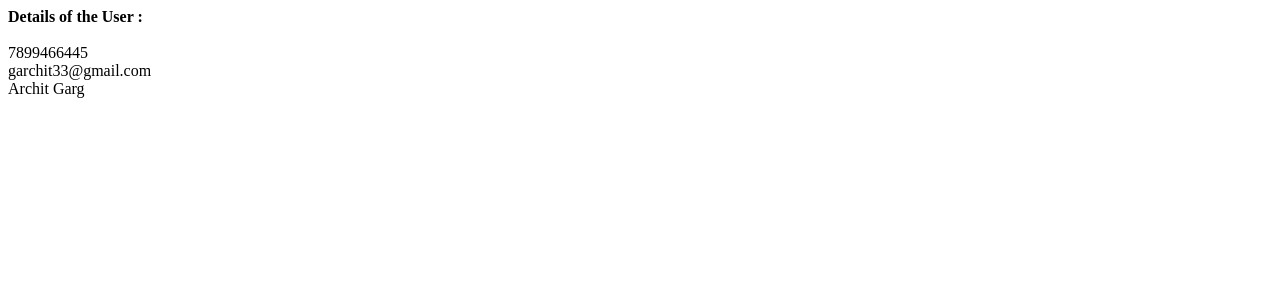
Repository: garchit33/Workpace
Page: http://localhost/ServletPage/TestContext
An editor plug-in stored every save of this project. The page is shown before and after a run of saves, followed by the edit.
The browser window is 1280 px wide. The pictures show the whole page.
The page is served by Tomcat 9.

Above is the page before, as saved 2019-09-04 10:49:29.

After the next 2 saves:
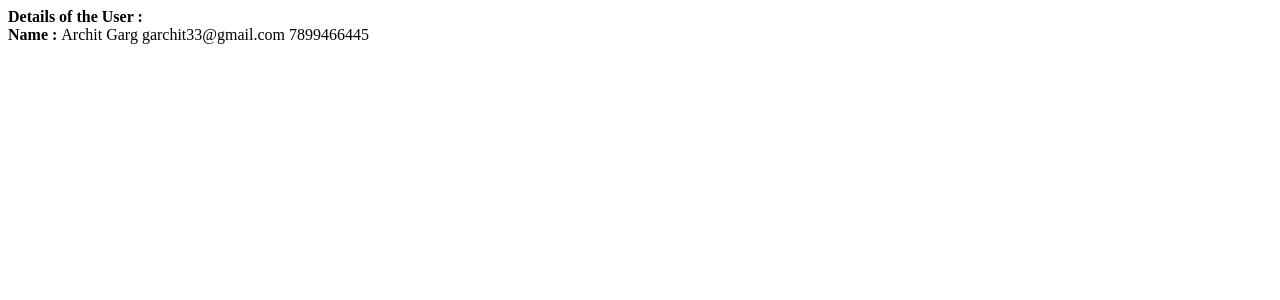
The 2 saves are shown as one change because 1 did not build or start.
The last was saved 5 min 11 s later.
--- a/workspace JUnit/ServletPage/src/servletpage/TestContext.java
+++ b/workspace JUnit/ServletPage/src/servletpage/TestContext.java
@@ -25,12 +25,14 @@ public class TestContext extends HttpServlet {
 		out.println("<b>Details of the User :</b><br>");
 		ServletContext scn = getServletContext() ;
 		Enumeration<String> e=scn.getInitParameterNames();
-//		out.println(scg.getInitParameter("email"));
-		String str="";
-		while(e.hasMoreElements()){
-		    str=e.nextElement();
-		    out.print("<br> "+scn.getInitParameter(str));
-		}
+		out.println("<b>Name : </b>"+scn.getInitParameter("username"));
+		out.println(scn.getInitParameter("email"));
+		out.println(scn.getInitParameter("contact"));
+//		String str="";
+//		while(e.hasMoreElements()){
+//		    str=e.nextElement();
+//		    out.print("<br> "+scn.getInitParameter(str));
+//		}
 
 
 
